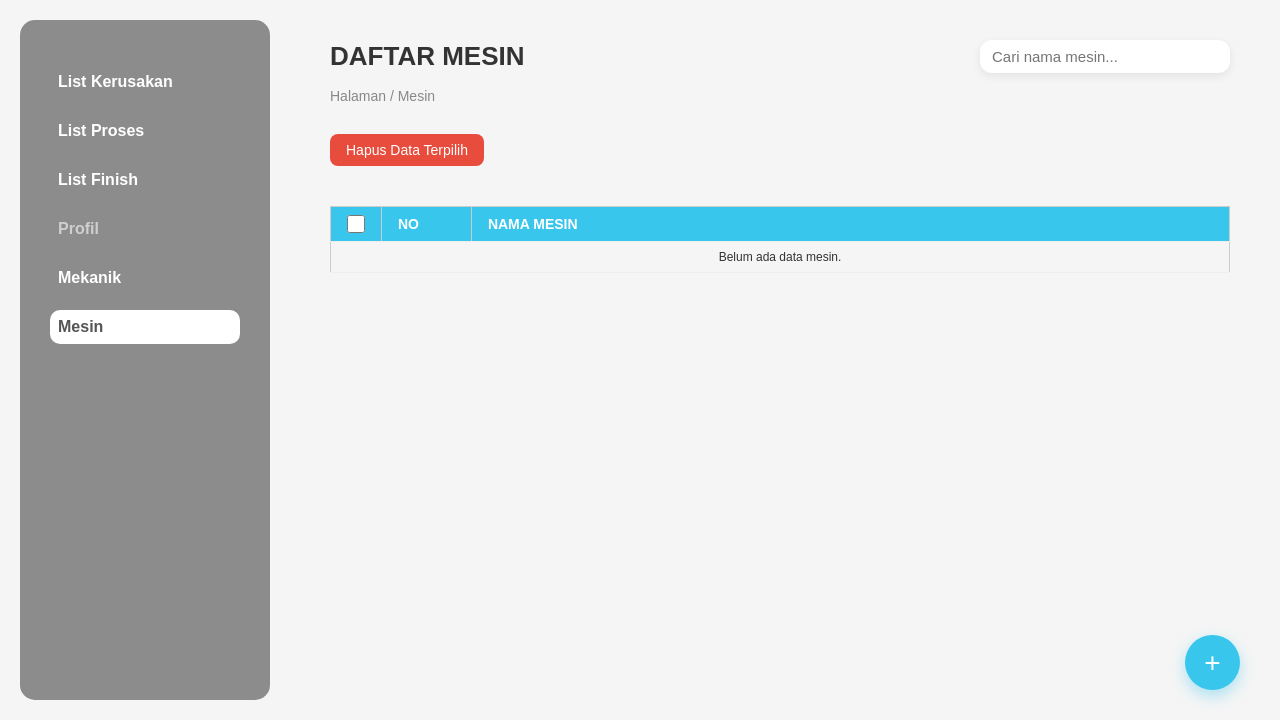
Repository: 1rHub/maintenance
Page: http://localhost/mesin.php
An editor plug-in stored every save of this project. The page is shown before and after the next save, followed by the edit.
The browser window is 1280 px wide. The pictures show the whole page.
The page is run by PHP 8.4 with error messages shown; the project is at /var/www/html/. Queries for data that is not in the repository find no rows.

Above is the page before, as saved 2025-10-21 15:12:23.

### mesin.php
<?php
include "koneksi.php";
include "sidebar.php";

// === Tambah Mesin ===
if ($_SERVER["REQUEST_METHOD"] === "POST" && isset($_POST["tambah_mesin"])) {
    $nama = trim($_POST["nama_mesin"]);
    if ($nama !== "") {
        mysqli_query($conn, "INSERT INTO mesin (nama_mesin) VALUES ('$nama')");
    }
    header("Location: mesin.php");
    exit;
}

// === Hapus Mesin (multi delete) ===
if ($_SERVER["REQUEST_METHOD"] === "POST" && isset($_POST["hapus_laporan"])) {
    if (!empty($_POST["selected_id"])) {
        $ids = implode(",", array_map('intval', $_POST["selected_id"]));
        mysqli_query($conn, "DELETE FROM mesin WHERE id IN ($ids)");
    }
    header("Location: mesin.php");
    exit;
}

// === Ambil Semua Mesin ===
$result = mysqli_query($conn, "SELECT * FROM mesin ORDER BY id ASC");
$mesin_list = mysqli_fetch_all($result, MYSQLI_ASSOC);
?>
<!DOCTYPE html>
<html lang="id">

<head>
    <meta charset="UTF-8">
    <title>Data Mesin</title>
    <link rel="stylesheet" href="assets/css/style.css">
    <style>
        body {
            font-family: 'Poppins', sans-serif;
        }

        /* === MAIN CONTAINER === */
        .main-container {
            margin-left: 30px;
            padding: 40px 10px 80px;
            overflow-x: hidden;
        }

        #mesinTable {
            width: 100%;
            min-width: 900px;
            table-layout: auto;
        }

        .header-row {
            display: flex;
            align-items: center;
            justify-content: space-between;
            margin-bottom: 25px;
        }

        h1 {
            font-size: 26px;
            font-weight: 700;
            color: #333;
            margin: 0;
        }

        .breadcrumb {
            color: #888;
            font-size: 14px;
            margin-bottom: 30px;
            margin-top: -10px;
        }

        /* === SEARCH BOX === */
        .search-box {
            display: flex;
            align-items: center;
            background: #fff;
            border-radius: 12px;
            box-shadow: 0 3px 10px rgba(0, 0, 0, 0.08);
            padding: 8px 12px;
            width: 250px;
        }

        .search-box input {
            flex: 1;
            border: none;
            outline: none;
            background: transparent;
            font-size: 15px;
        }

        .table {
            width: 100%;
            border-collapse: collapse;
            table-layout: fixed;
            min-width: 700px;
        }

        th,
        td {
            padding: 8px 16px;
            border-bottom: 1px solid #eee;
        }

        th {
            background: #39c6ed;
            color: white;
            text-transform: uppercase;
            font-size: 14px;
        }

        td {
            color: #333;
            font-weight: 500;
        }

        /* === CHECKBOX === */
        input[type="checkbox"] {
            width: 18px;
            height: 18px;
            cursor: pointer;
        }

        /* === BUTTON HAPUS DI LUAR TABEL === */
        .hapus-btn {
            background: #e74c3c;
            color: #fff;
            border: none;
            padding: 8px 16px;
            border-radius: 8px;
            font-size: 14px;
            cursor: pointer;
            transition: 0.2s;
            margin-bottom: 20px;
        }

        .hapus-btn:hover {
            background: #c0392b;
            transform: scale(1.05);
        }

        /* === FLOATING ADD BUTTON === */
        .float-btn {
            position: fixed;
            bottom: 30px;
            right: 40px;
            background-color: #39c6ed;
            color: #fff;
            font-size: 28px;
            width: 55px;
            height: 55px;
            border-radius: 50%;
            border: none;
            box-shadow: 0 6px 15px rgba(57, 198, 237, 0.4);
            cursor: pointer;
            transition: 0.3s ease;
        }

        .float-btn:hover {
            background-color: #2da8cf;
            transform: scale(1.1);
        }

        .popup {
            display: none;
            position: fixed;
            top: 0;
            left: 0;
            width: 100%;
            height: 100%;
            background: rgba(0, 0, 0, 0.4);
            justify-content: center;
            align-items: center;
            z-index: 999;
        }

        .popup-content {
            background: #fff;
            border-radius: 12px;
            padding: 20px 30px;
            box-shadow: 0 5px 15px rgba(0, 0, 0, 0.2);
            animation: fadeIn 0.2s ease;
        }

        .close-btn2 {
            float: right;
            font-size: 22px;
            cursor: pointer;
        }

        .popup-content form input[type="text"] {
            width: 100%;
            padding: 10px;
            margin-bottom: 12px;
            border: 1px solid #ccc;
            border-radius: 6px;
        }

        .popup-content button {
            background: #39c6ed;
            color: #fff;
            border: none;
            padding: 8px 16px;
            border-radius: 6px;
            cursor: pointer;
        }

        .popup-content button:hover {
            background: #2da8cf;
        }

        /* === POPUP TAMBAH MESIN === */
        #popupTambah .popup-content {
            width: 400px;
            max-width: 90%;
        }

        /* === POPUP RIWAYAT MESIN === */
        #popupRiwayatMesin .popup-content {
            width: 90%;
            max-width: 1100px;
            /* bisa kamu ubah ke 1000–1200px sesuai selera */
            overflow-x: auto;
            max-height: 85vh;
        }

        #popupRiwayatMesin table {
            width: 100%;
            border-collapse: collapse;
            margin-top: 10px;
        }

        #popupRiwayatMesin th,
        #popupRiwayatMesin td {
            padding: 8px 10px;
            border-bottom: 1px solid #eee;
            text-align: left;
        }

        #popupRiwayatMesin th {
            background: #39c6ed;
            color: #fff;
            font-size: 14px;
            text-transform: uppercase;
        }
    </style>
</head>

<body>
    <div class="main-container">

        <!-- === HEADER ROW === -->
        <div class="header-row">
            <h1>DAFTAR MESIN</h1>
            <div class="search-box">
                <input type="text" id="searchMesin" placeholder="Cari nama mesin...">
            </div>
        </div>
        <p class="breadcrumb">Halaman / Mesin</p>

        <!-- === BUTTON HAPUS DI LUAR TABEL === -->
        <form method="POST" id="formHapus">
            <button type="button" class="hapus-btn" onclick="showHapusPopup()">Hapus Data Terpilih</button>

            <div class="table-wrapper">
                <table id="mesinTable" class="table">
                    <thead>
                        <tr>
                            <th style="width:5%; text-align:center;"><input type="checkbox" id="selectAll"></th>
                            <th style="width:10%;">No</th>
                            <th>Nama Mesin</th>
                        </tr>
                    </thead>
                    <tbody>
                        <?php if (count($mesin_list) > 0): ?>
                            <?php $no = 1;
                            foreach ($mesin_list as $m): ?>
                                <tr class="data-row">
                                    <td style="text-align:center;">
                                        <input type="checkbox" name="selected_id[]" value="<?= $m['id'] ?>">
                                    </td>
                                    <td><?= $no++ ?></td>
                                    <td>
                                        <a href="#" onclick="openRiwayatMesin('<?= htmlspecialchars($m['nama_mesin']) ?>')">
                                            <?= htmlspecialchars($m['nama_mesin']) ?>
                                        </a>
                                    </td>
                                </tr>
                            <?php endforeach; ?>
                        <?php else: ?>
                            <tr>
                                <td colspan="3" style="text-align:center;">Belum ada data mesin.</td>
                            </tr>
                        <?php endif; ?>
                    </tbody>
                </table>
            </div>
        </form>

    </div>

    <!-- ➕ Floating Add Button -->
    <button class="float-btn" onclick="openTambahPopup()">+</button>

    <!-- === POPUP TAMBAH (SAMA SEPERTI KODEMU) === -->
    <div class="popup" id="popupTambah">
        <div class="popup-content">
            <span class="close-btn2" onclick="closeTambahPopup()">&times;</span>
            <h2>Tambah Mesin Baru</h2>
            <form method="POST">
                <input type="text" name="nama_mesin" placeholder="Nama mesin baru" required>
                <button type="submit" name="tambah_mesin">Tambah</button>
            </form>
        </div>
    </div>

    <!-- === POPUP RIWAYAT (SAMA SEPERTI KODEMU) === -->
    <div class="popup" id="popupRiwayatMesin">
        <div class="popup-content" style="max-width:900px;">
            <span class="close-btn2" onclick="closeRiwayatMesin()">&times;</span>
            <h2 id="riwayatMesinTitle">Riwayat Mesin</h2>
            <table>
                <thead>
                    <tr>
                        <th>Tanggal</th>
                        <th>Pelapor</th>
                        <th>Divisi</th>
                        <th>Keterangan</th>
                        <th>Mekanik</th>
                        <th>Pesan Mekanik</th>
                        <th>Kategori</th>
                    </tr>
                </thead>
                <tbody id="riwayatMesinTable">
                    <tr>
                        <td colspan="7" style="text-align:center;">Pilih mesin untuk melihat riwayat.</td>
                    </tr>
                </tbody>
            </table>
        </div>
    </div>

    <!-- === POPUP KONFIRMASI HAPUS === -->
    <div class="popup" id="popupHapus">
        <div class="popup-content" style="width:380px; text-align:center;">
            <h3 style="margin-bottom:15px;">Konfirmasi Hapus</h3>
            <p style="color:#555; margin-bottom:25px;">Apakah kamu yakin ingin menghapus data mesin terpilih?</p>
            <div style="display:flex; justify-content:center; gap:15px;">
                <button onclick="closeHapusPopup()"
                    style="background:#ccc; border:none; color:#333; padding:8px 14px; border-radius:6px; cursor:pointer;">Batal</button>
                <button id="btnHapusYa"
                    style="background:#e74c3c; border:none; color:white; padding:8px 14px; border-radius:6px; cursor:pointer;">Ya,
                    Hapus</button>
            </div>
        </div>
    </div>


    <script>
        // === SELECT ALL CHECKBOX ===
        document.getElementById('selectAll').addEventListener('change', function () {
            const checkboxes = document.querySelectorAll('input[name="selected_id[]"]');
            checkboxes.forEach(cb => cb.checked = this.checked);
        });

        // === LIVE SEARCH ===
        document.getElementById('searchMesin').addEventListener('input', function () {
            const query = this.value.toLowerCase();
            const rows = document.querySelectorAll('#mesinTable tbody tr.data-row');
            let visible = 0;
            rows.forEach(row => {
                const nama = row.cells[2].textContent.toLowerCase();
                if (nama.includes(query)) {
                    row.style.display = '';
                    visible++;
                } else {
                    row.style.display = 'none';
                }
            });

            const tbody = document.querySelector('#mesinTable tbody');
            let emptyRow = document.getElementById('noResultRow');
            if (visible === 0) {
                if (!emptyRow) {
                    emptyRow = document.createElement('tr');
                    emptyRow.id = 'noResultRow';
                    emptyRow.innerHTML = `<td colspan="3" style="text-align:center; height:60px; color:#888;">Tidak ada mesin yang cocok.</td>`;
                    tbody.appendChild(emptyRow);
                }
            } else if (emptyRow) {
                emptyRow.remove();
            }
        });

        // === POPUP TAMBAH MESIN ===
        function openTambahPopup() {
            document.getElementById('popupTambah').style.display = 'flex';
        }

        function closeTambahPopup() {
            document.getElementById('popupTambah').style.display = 'none';
        }

        // === POPUP RIWAYAT MESIN ===
        function openRiwayatMesin(nama) {
            document.getElementById('riwayatMesinTitle').textContent = "Riwayat Mesin: " + nama;
            document.getElementById('popupRiwayatMesin').style.display = 'flex';
        }

        function closeRiwayatMesin() {
            document.getElementById('popupRiwayatMesin').style.display = 'none';
        }

        // === POPUP VALIDASI HAPUS ===
        function showHapusPopup() {
            const checkboxes = document.querySelectorAll('input[name="selected_id[]"]:checked');
            if (checkboxes.length === 0) {
                alert("Pilih minimal satu data mesin untuk dihapus.");
                return;
            }
            document.getElementById('popupHapus').style.display = 'flex';
        }

        function closeHapusPopup() {
            document.getElementById('popupHapus').style.display = 'none';
        }

        document.getElementById('btnHapusYa').addEventListener('click', function () {
            document.getElementById('formHapus').submit();
        });

    </script>

</body>

</html>

### koneksi.php
<?php
$host = "localhost";
$user = "root";
$pass = "";
$db   = "db_laporan";

$conn = new mysqli($host, $user, $pass, $db);

if ($conn->connect_error) {
    die("Koneksi gagal: " . $conn->connect_error);
}
?>

### sidebar.php
<?php

$current_page = basename($_SERVER['PHP_SELF']);
?>

<head>
    <link rel="stylesheet" href="assets/css/style.css">
</head>
<div class="sidebar">
    <ul class="menu">
        <li>
            <a href="dashboard_laporan.php" class="<?= $current_page == 'dashboard_laporan.php' ? 'active' : '' ?>">
                List Kerusakan
            </a>
        </li>
        <li>
            <a href="list_proses.php" class="<?= $current_page == 'list_proses.php' ? 'active' : '' ?>">
                List Proses
            </a>
        </li>
        <li>
            <a href="list_finish.php" class="<?= $current_page == 'list_finish.php' ? 'active' : '' ?>">
                List Finish
            </a>
        </li>
        <li>
            <a href="#" class="disabled">Profil</a>
        </li>
        <li>
            <a href="mekanik.php" class="<?= $current_page == 'mekanik.php' ? 'active' : '' ?>">
                Mekanik
            </a>
        </li>
        <li>
            <a href="mesin.php" class="<?= $current_page == 'mesin.php' ? 'active' : '' ?>">
                Mesin
            </a>
        </li>
    </ul>
    <?php if ($current_page == 'dashboard_laporan.php'): ?>
        <button class="register-btn" onclick="openPopup()">Registrasi Laporan</button>
    <?php endif; ?>
</div>

### assets/css/style.css
* {
	margin: 0;
	padding: 0;
	box-sizing: border-box;
}

body {
	font-family: -apple-system, BlinkMacSystemFont, 'Segoe UI', Roboto, Oxygen, Ubuntu, Cantarell, sans-serif;
	background-color: #f5f5f5;
	display: flex;
	height: 100vh;
}

.sidebar {
	width: 250px;
	background-color: #8c8c8c;
	padding: 30px;
	display: flex;
	flex-direction: column;
	justify-content: space-between;
	border-radius: 15px;
	margin: 20px;
}

.menu {
	list-style: none;
}

.menu li {
	margin: 15px 0;
}

.menu a {
	text-decoration: none;
	font-weight: bold;
	font-size: 16px;
	color: white;
	display: block;
	padding: 8px 8px;
	border-radius: 10px;
}

.menu a.active {
	background-color: white;
	color: #555;
}

.menu a.disabled {
	color: #cfcfcf;
	pointer-events: none;
}

.register-btn {
	background-color: white;
	border: none;
	padding: 10px;
	border-radius: 10px;
	font-weight: bold;
	cursor: pointer;
}

.main-content {
	flex: 1;
	padding: 40px;
}

.main-content h1 {
	font-size: 28px;
	font-weight: bold;
}

.main-content2 {
	margin-bottom: 38px;
}

.breadcrumb {
	margin-top: 5px;
	color: gray;
}

 /* silang pada Detail Laporan */
.popup {
  display: none;
  position: fixed;
  top: 0; left: 0;
  width: 100%;
  height: 100%;
  background: rgba(0,0,0,0.5);
  justify-content: center;
  align-items: center;
  z-index: 1000;
}

.popup-content {
  background: #fff;
  padding: 20px;
  border-radius: 12px;
  width: 400px;
  position: relative;
}

.close-btn {
	float: right;
    position: absolute;
    top: 40px;
    right: 40px;
    font-weight: bold;
	font-size: 25px;
    color: #909090;
    cursor: pointer;
    z-index: 10000; /* pastikan di atas semua isi popup */
}

.close-btn:hover {
    color: #000;
}

.popup-content h2 {
	margin-bottom: 15px;
}

.popup-content label {
	display: block;
	margin-top: 10px;
	font-weight: bold;
}

.popup-content input,
.popup-content select,
.popup-content textarea {
	width: 100%;
	padding: 8px;
	margin-top: 5px;
	border-radius: 5px;
	border: 1px solid #ccc;
}

.popup-content button {
	margin-top: 15px;
	padding: 10px;
	border: none;
	border-radius: 8px;
	background: #8c8c8c;
	color: white;
	font-weight: bold;
	cursor: pointer;
}

.hapus-float-btn {
	position: fixed;
	bottom: 25px;
	right: 25px;
	background-color: #e74c3c;
	color: white;
	padding: 12px 18px;
	border: none;
	border-radius: 8px;
	cursor: pointer;
	font-size: 15px;
	box-shadow: 0 4px 12px rgba(0, 0, 0, 0.2);
	transition: all 0.25s ease;
	z-index: 1000;
}

.hapus-float-btn:hover {
	background-color: #c0392b;
	transform: scale(1.05);
}

table {
	font-size: 12px;
	margin-top: 20px;
	width: 100%;
	border-collapse: collapse;
}

table thead {
	background: #39c6ed;
}

table,
th,
td {
	border: 1px solid #ccc;
}

th,
td {
	padding: 10px;
	text-align: left;
}

.filter {
	display: flex;
	align-items: center;
	gap: 15px;
	margin-top: 20px;
	margin-bottom: 15px;
}

.filter label {
	font-weight: bold;
}

.filter input[type="date"],
.filter select {
	padding: 5px 10px;
	border: 1px solid #ccc;
	border-radius: 6px;
	cursor: pointer;
}

.filter button {
	background-color: #39c6ed;
	color: white;
	border: none;
	border-radius: 6px;
	padding: 6px 12px;
	cursor: pointer;
	transition: 0.2s;
}

.filter button:hover {
	background-color: #666;
}

.success {
	color: green;
	font-weight: bold;
	margin-top: 10px;
}

.warning {

	color: #ff0000;
	font-weight: bold;
	margin-top: 10px;
}

.kategori {
	font-weight: bold;
	padding: 6px;
	border-radius: 6px;
	color: #fff;
	text-align: center;
}

.kategori.biasa {
	display: list-item;
	margin-top: 3px;
	color: #29b513;

}

.kategori.sedang {
	display: list-item;
	margin-top: 3px;
	color: #efae15;
}

.kategori.urgent {
	display: list-item;
	margin-top: 3px;
	color: #e74c3c;
}

#laporanTable a {
	color: inherit;
	text-decoration: none;
	cursor: pointer;
}

@keyframes fadeIn {
	from {
		opacity: 0;
		transform: scale(0.9);
	}

	to {
		opacity: 1;
		transform: scale(1);
	}
}

a {
	color: inherit;
	text-decoration: none;
}

a:hover {
	text-decoration: underline;
}

.mekanik-list {
	display: flex;
	flex-direction: column;
	gap: 8px;
	margin-top: 10px;
}

.mekanik-item {
	display: flex;
	align-items: center;
	gap: 10px;
}

.mekanik-item label {
	font-weight: 400;
	color: #000000;
	cursor: pointer;
}

.mekanik-item input[type="checkbox"] {
	width: 18px;
	height: 18px;
	accent-color: #555;
	cursor: pointer;
}

.header-container {
	display: flex;
	justify-content: space-between;
	align-items: center;
}

.menu-opsi {
	position: relative;
	display: inline-block;
}

.menu-btn {
	background: none;
	border: none;
	font-size: 22px;
	cursor: pointer;
	padding: 5px;
	color: #333;
}

.dropdown-menu {
	display: none;
	position: absolute;
	right: 0;
	top: 30px;
	background-color: white;
	border: 1px solid #ddd;
	border-radius: 6px;
	box-shadow: 0 5px 15px rgba(0, 0, 0, 0.1);
	z-index: 100;
	width: 180px;
}

.dropdown-menu button {
	width: 100%;
	border: none;
	background: none;
	padding: 10px;
	text-align: left;
	cursor: pointer;
	font-size: 14px;
}

.dropdown-menu button:hover {
	background-color: #f0f0f0;
}

.status.ditunda {
	font-style: italic;
}

.temp-alert {
	position: fixed;
	top: 80px;
	right: 30px;
	background-color: 1;
	color: #2c3e50;
	padding: 12px 20px;
	border-radius: 6px;
	box-shadow: 0 4px 10px rgba(0, 0, 0, 0.15);
	font-size: 14px;
	z-index: 2000;
	opacity: 1;
	transition: opacity 0.5s ease;
}

/* Warna untuk jenis alert berbeda */
.temp-alert.warning {
	color: rgb(255, 196, 0);
}

.temp-alert.success {
	background-color: #27ae60;
	color: white;
}

.temp-alert.error {
	background-color: #e74c3c;
	color: white;
}

.temp-alert.info {
	background-color: #3498db;
	color: white;
}

.laporan-header {
	text-align: center;
	margin-bottom: 20px;
}

.laporan-header img {
	width: 250px;
	height: auto;
	margin-bottom: 10px;
}

.laporan-header h2 {
	margin: 0;
	font-size: 15px;
	color: #333;
}

.filter {
	margin-bottom: 15px;
}

/* Sembunyikan elemen ini saat mencetak */
@media print {

	.filter,
	.menu-opsi,
	.sidebar {
		display: none !important;
	}

	.main-content {
		margin-left: 0;
	}
}

#noData {
	display: none;
	text-align: center;
	color: #000000ff;
	font-size: 12px;
	margin-top: 30px;
}

body { font-family: Arial, sans-serif; }
        .mekanik-container { margin-left: 220px; padding: 20px; }
        .mekanik-list {
            display: grid;
            grid-template-columns: repeat(auto-fill, minmax(220px, 1fr));
            gap: 16px;
            margin-top: 20px;
        }
        .mekanik-card {
            background: white;
            border-radius: 10px;
            box-shadow: 0 5px 15px rgba(0,0,0,0.1);
            padding: 16px;
            text-align: center;
            transition: 0.3s;
            cursor: pointer;
        }
        .mekanik-card:hover {
            background: #39c6ed;
            color: white;
            transform: translateY(-3px);
        }
        .editable {
            border: none;
            background: transparent;
            text-align: center;
            width: 100%;
            font-size: 16px;
            font-weight: 500;
            outline: none;
            cursor: pointer;
        }
        .float-btn {
            position: fixed;
            bottom: 25px;
            right: 25px;
            background: #39c6ed;
            color: white;
            border: none;
            border-radius: 50%;
            width: 55px;
            height: 55px;
            font-size: 28px;
            cursor: pointer;
            box-shadow: 0 5px 15px rgba(0,0,0,0.3);
        }
        .popup {
            display: none;
            position: fixed;
            top: 0; left: 0;
            width: 100%; height: 100%;
            background-color: rgba(0,0,0,0.4);
            justify-content: center;
            align-items: center;
            z-index: 999;
        }
        .popup-content {
            background: white;
            padding: 35px;
            border-radius: 10px;
            width: 550px;
            max-height: 85vh;
            overflow-y: auto;
            animation: fadeIn 0.3s ease;
        }
        @keyframes fadeIn {
            from { opacity: 0; transform: translateY(-10px); }
            to { opacity: 1; transform: translateY(0); }
        }
        .popup-content table {
            width: 100%;
            border-collapse: collapse;
        }
        .popup-content th, .popup-content td {
            border: 1px solid #ccc;
            padding: 8px;
            text-align: center;
        }
        .btn-row {
            margin-top: 20px;
            display: flex;
            justify-content: flex-end;
            gap: 10px;
        }
        .hapus-btn {
            background: #e74c3c !important;
            border: none;
            color: white;
            padding: 8px 16px;
            border-radius: 6px;
            cursor: pointer;
            font-size: 15px;
        }
        .edit-btn {
            background: #39c6ed !important;
            border: none;
            color: white;
            padding: 8px 16px;
            border-radius: 6px;
            cursor: pointer;
            font-size: 15px;
        }
        .close-btn { float: right; cursor: pointer; font-size: 20px; }
        #editNamaInput {
            display: none;
            width: 80%;
            padding: 6px;
            margin-top: 8px;
            border-radius: 5px;
            border: 1px solid #ccc;
            text-align: center;
        }

After the next save:
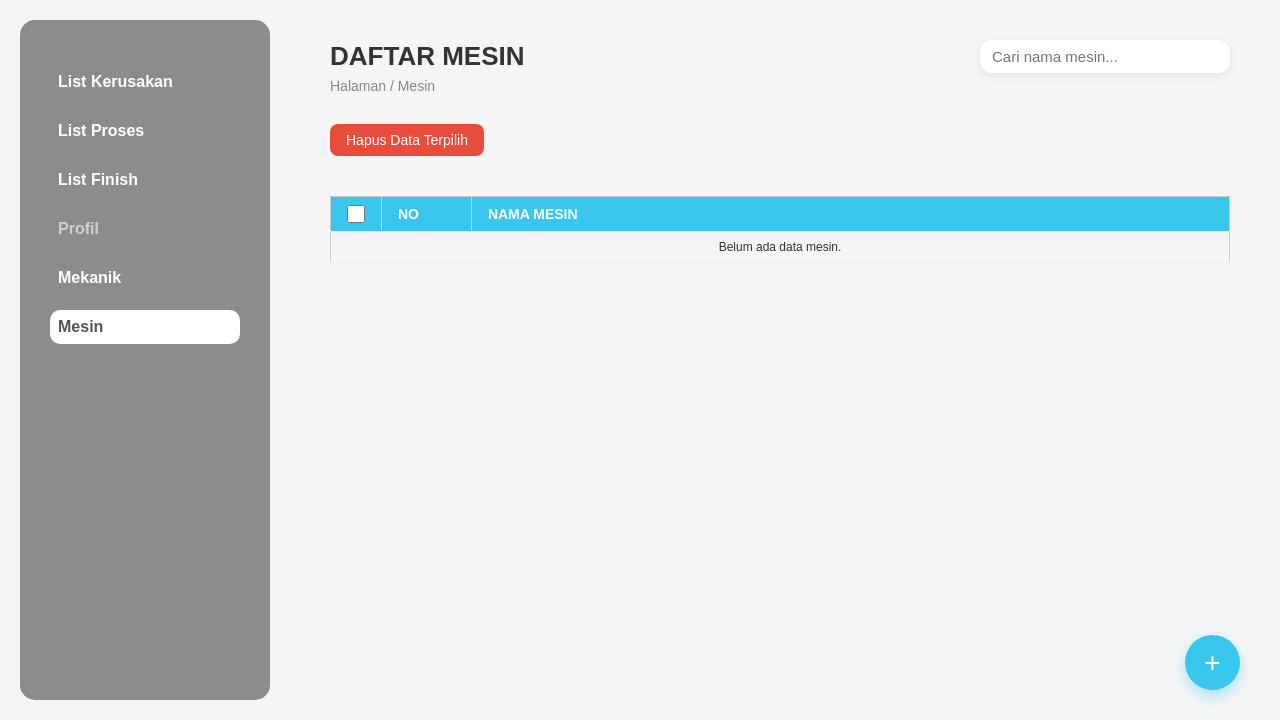
Saved 6 s later.
--- a/mesin.php
+++ b/mesin.php
@@ -69,7 +69,7 @@ $mesin_list = mysqli_fetch_all($result, MYSQLI_ASSOC);
             color: #888;
             font-size: 14px;
             margin-bottom: 30px;
-            margin-top: -10px;
+            margin-top: -20px;
         }
 
         /* === SEARCH BOX === */
